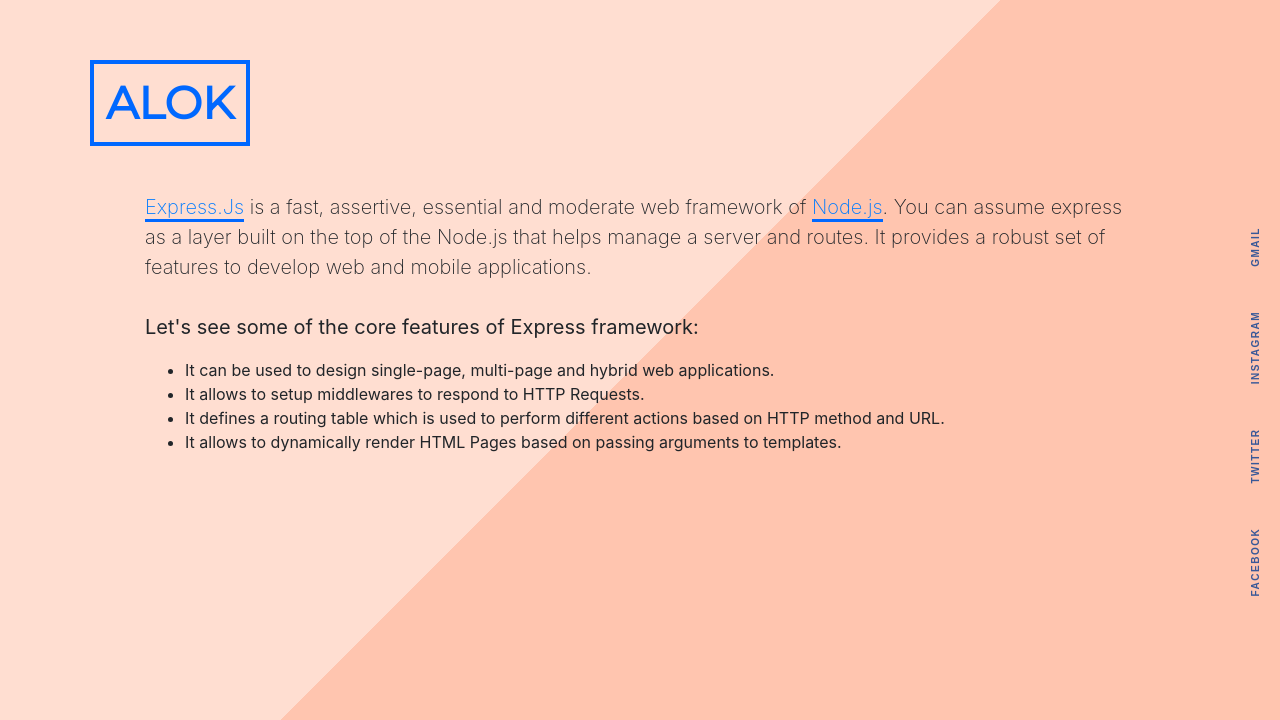
Repository: AalokJadhav/Being_Express.Js
Page: public/Hello_World_Page/index.html
An editor plug-in stored every save of this project. The page is shown before and after the next save, followed by the edit.
The browser window is 1280 px wide. The pictures show the whole page.
Some web fonts or font styles are not loaded; a fallback is used.

Above is the page before, as saved 2020-11-10 03:10:29.

### public/Hello_World_Page/index.html
<!doctype html>
<html>

<head>
  <meta charset="utf-8">
  <link href="http://fonts.googleapis.com/css?family=Source+Sans+Pro:400,700|Montserrat" rel="stylesheet"
    type="text/css">
  <link rel="stylesheet" type="text/css" href="css/style2.css">
  <link rel="icon" href="favicon.png" type="image/x-icon">
  <title>Hello World</title>
  <link rel="stylesheet" href="https://stackpath.bootstrapcdn.com/bootstrap/4.5.2/css/bootstrap.min.css">
<link rel="stylesheet" href="https://maxcdn.bootstrapcdn.com/font-awesome/4.7.0/css/font-awesome.min.css">
<script src="https://code.jquery.com/jquery-3.5.1.min.js"></script>
<script src="https://cdn.jsdelivr.net/npm/popper.js@1.16.1/dist/umd/popper.min.js"></script>
<script src="https://stackpath.bootstrapcdn.com/bootstrap/4.5.2/js/bootstrap.min.js"></script>
</head>

<body>
  <div class="wrapper">
    <div class="container">
      <header>
        <h1 class="name">Alok</h1>
      </header>
      <article>

        <p>
          <a href="https://en.wikipedia.org/wiki/Express.js" target="_blank">Express.Js</a> is a fast, assertive, essential and moderate web framework of
          <a href="https://en.wikipedia.org/wiki/Node.js" target="_blank">Node.js</a>.
          You can assume express as a layer built on the top of the Node.js that helps manage a server and routes. It provides a robust set of
          features to develop web and mobile applications.
          <br><br>
          <b>Let's see some of the core features of Express framework:</b>
          <ul>

          <li>It can be used to design single-page, multi-page and hybrid web applications.</li>
          <li>It allows to setup middlewares to respond to HTTP Requests.</li>
          <li>It defines a routing table which is used to perform different actions based on HTTP method and URL.</li>
          <li>It allows to dynamically render HTML Pages based on passing arguments to templates.</li>
        </ul>
        </p>

      </article>

      <footer>
        <ul class="meta inline-list">
          <li><a href="https://www.facebook.com/" style="color: #385898; font-weight: bolder;">Facebook</a></li>
          <li><a href="https://twitter.com/" target="_blank" style="color: #385898; font-weight: bolder;">Twitter</a></li>
          <li><a href="https://www.instagram.com/" target="_blank" style="color: #385898; font-weight: bolder;">Instagram</a></li>
          <li><a href="https://www.google.com/" target="_blank" style="color: #385898; font-weight: bolder;">Gmail</a></li>
        </ul>
      </footer>
    </div>
  </div>
</body>

</html>

### public/Hello_World_Page/css/style2.css
body {font-family: Montserrat, Helvetica Neue, sans-serif; margin: 0 auto; line-height: 2em; padding: 12px; box-sizing: border-box; color: #333; overflow: auto;
background: #ffded1; /* Old browsers */
background: -moz-linear-gradient(-45deg,  #ffded1 0%, #ffded1 50%, #ffc5af 50%, #ffc5af 100%); /* FF3.6+ */
background: -webkit-gradient(linear, left top, right bottom, color-stop(0%,#ffded1), color-stop(50%,#ffded1), color-stop(50%,#ffc5af), color-stop(100%,#ffc5af)); /* Chrome,Safari4+ */
background: -webkit-linear-gradient(-45deg,  #ffded1 0%,#ffded1 50%,#ffc5af 50%,#ffc5af 100%); /* Chrome10+,Safari5.1+ */
background: -o-linear-gradient(-45deg,  #ffded1 0%,#ffded1 50%,#ffc5af 50%,#ffc5af 100%); /* Opera 11.10+ */
background: -ms-linear-gradient(-45deg,  #ffded1 0%,#ffded1 50%,#ffc5af 50%,#ffc5af 100%); /* IE10+ */
background: linear-gradient(135deg,  #ffded1 0%,#ffded1 50%,#ffc5af 50%,#ffc5af 100%); /* W3C */
filter: progid:DXImageTransform.Microsoft.gradient( startColorstr='#ffded1', endColorstr='#ffc5af',GradientType=1 ); /* IE6-9 fallback on horizontal gradient */

}

body, html {height: 100%;}

.wrapper {box-sizing: border-box; height: 100%; overflow: auto; }


a {text-decoration: none; color: #333; border-bottom: 3px solid #0068FF;}
a:hover {color: #0068FF}
p {font-weight: 200; font-size: 20px;}
.bs-example{
  margin: 20px;
}

.name {font-family: Montserrat; font-size: 45px; text-transform: uppercase; font-weight: 900; padding: 12px; border: 4px solid #0068FF; color: #0068FF; display: inline-block; position: absolute; margin-bottom: 60px; top: 60px; left: 90px;}

.container {margin: 0 auto; width: 700px; padding: 120px 12px 50px; overflow: auto;}
article {padding: 60px;}
/* TODO find better cross-platform characters */
/* article::before {
  content: '\2601';
  position: relative;
  top: 0;
  left: -30px;
  color: #0068FF;
  font-size: 24px;
}
article::after {
  content: '\2A55\2A55\2A55\2A55';
  position: relative;
  top: 40px;
  left: 300px;
  color: #0068FF;
  font-size: 44px;
} */
hr {border-bottom: 3px solid #0068FF;}

.meta {text-transform: uppercase; font-family: Arial, Courier New, Source Sans Pro, sans-serif; font-size: 10px; letter-spacing: .15em;}
.meta a:hover {color: #333;}

.inline-list {list-style: none; margin: 0; padding: 0;}
.inline-list li {display: inline-block;}

footer .inline-list li {margin-right: 40px;}
footer a {border: none; color: #0068FF;}
footer {margin: 0 auto; position: absolute; bottom: 55%; right: -255px; padding: 40px 0 0 0; width: 600px; -webkit-transform: rotate(-90deg);}

After the next save:
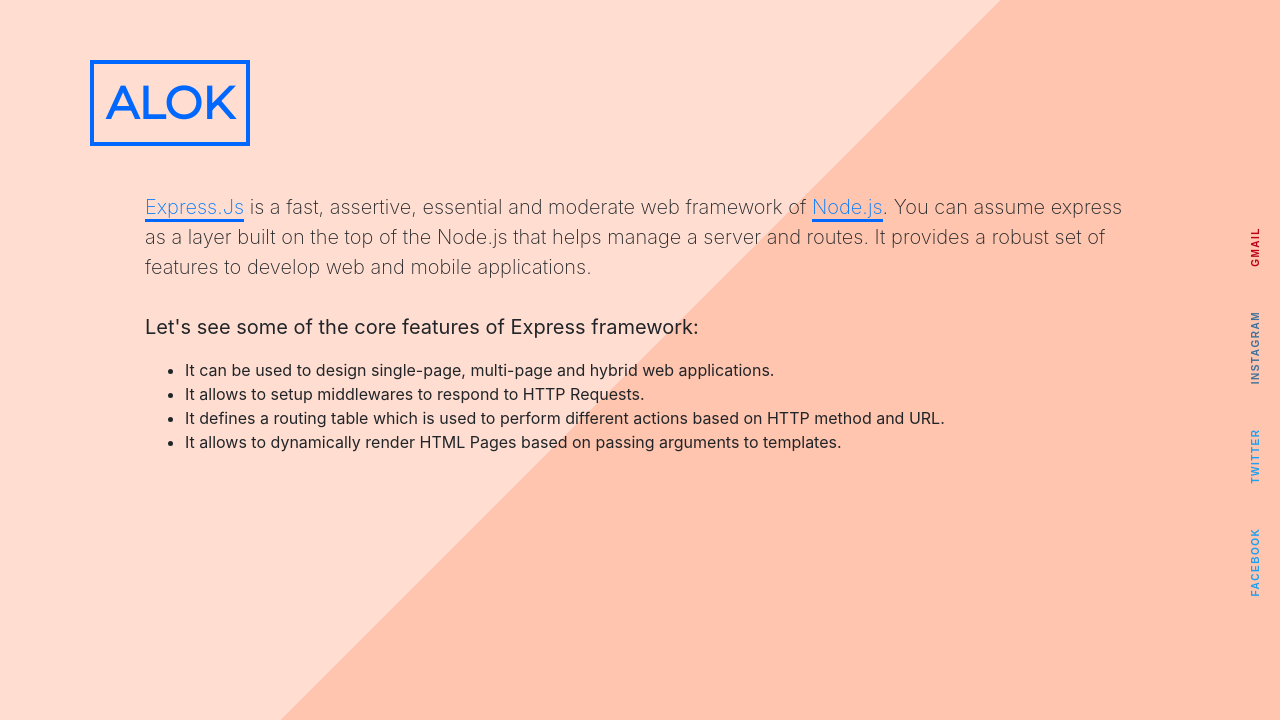
Saved 3 min 16 s later.
--- a/public/Hello_World_Page/index.html
+++ b/public/Hello_World_Page/index.html
@@ -43,10 +43,10 @@
 
       <footer>
         <ul class="meta inline-list">
-          <li><a href="https://www.facebook.com/" style="color: #385898; font-weight: bolder;">Facebook</a></li>
-          <li><a href="https://twitter.com/" target="_blank" style="color: #385898; font-weight: bolder;">Twitter</a></li>
-          <li><a href="https://www.instagram.com/" target="_blank" style="color: #385898; font-weight: bolder;">Instagram</a></li>
-          <li><a href="https://www.google.com/" target="_blank" style="color: #385898; font-weight: bolder;">Gmail</a></li>
+          <li><a href="https://www.facebook.com/" style="color: #1da1f2; font-weight: bolder;">Facebook</a></li>
+          <li><a href="https://twitter.com/" target="_blank" style="color: #1da1f2; font-weight: bolder;">Twitter</a></li>
+          <li><a href="https://www.instagram.com/" target="_blank" style="color: #3f729b ; font-weight: bolder;">Instagram</a></li>
+          <li><a href="https://www.google.com/" target="_blank" style="color: #BB001B; font-weight: bolder;">Gmail</a></li>
         </ul>
       </footer>
     </div>
